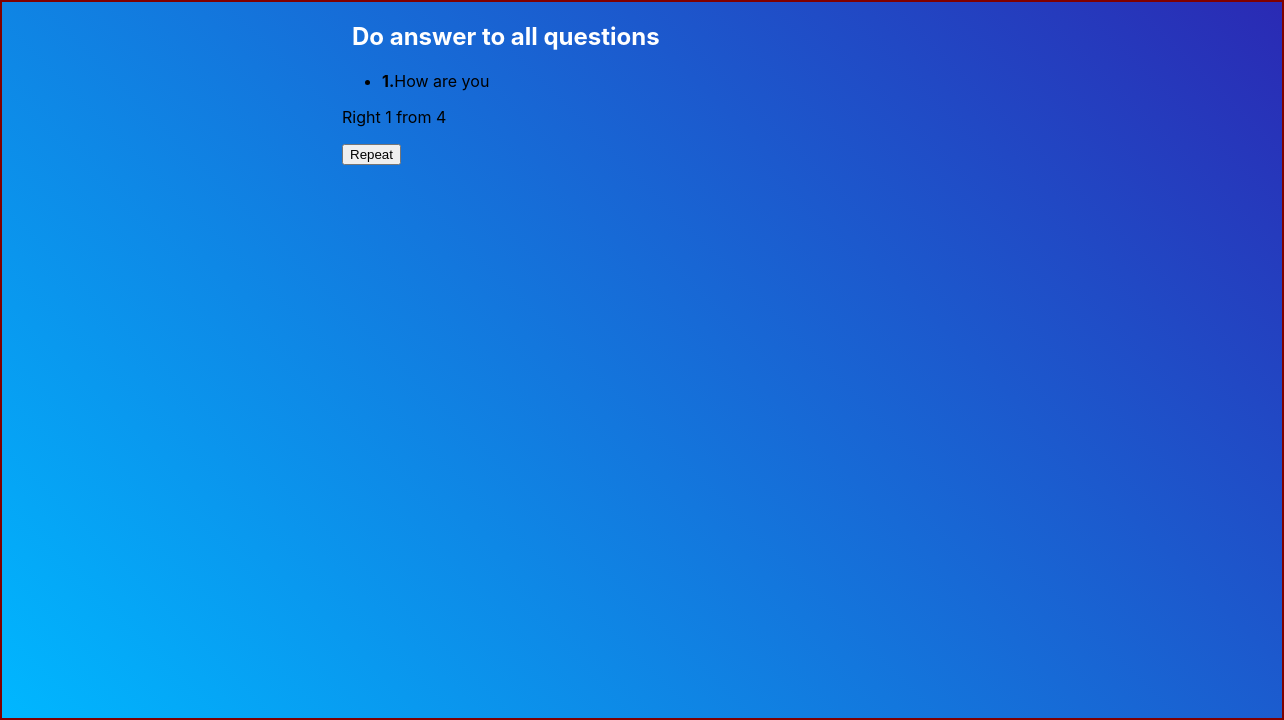
Repository: GregorPiev/react-quizes
Page: /
These files come from the project's save history. The page is drawn as it stood at one moment and after the next save; the edit follows.
The browser window is 1280 px wide. The page is 1284 px wide, so the pictures cover 1284 px, including what lies to the right of the window. The pictures show the whole page.
The project was rebuilt for these pictures with package versions that can differ from the ones it lists, and the page was loaded fresh each time. Also part of the build but not shown: src/components/ActiveQuiz/ActiveQuiz.module.css, src/components/ActiveQuiz/AnswersList/AnswersList.module.css, src/components/ActiveQuiz/AnswersList/AnswerItem/AnswerItem.module.css, src/components/ActiveQuiz/AnswersList/AnswerItem/AnswerItem.js, src/components/ActiveQuiz/AnswersList/AnswersList.js, src/components/ActiveQuiz/ActiveQuiz.js.

Above is the page before, as saved 2020-06-29 13:00:24.

### src/App.js
import React from 'react';
import Layout from './hoc/Layout/Layout';
import Quiz from './container/Quiz/Quiz';

function App() {
  return (
    <Layout>
      <Quiz />
    </Layout>
  );
}

export default App;

### src/hoc/Layout/Layout.js
import React from 'react';
import classes from './Layout.module.css'

export default class Layout extends React.Component {
    render() {
        return (
            <div className={classes.Layout}>
                <main>
                    {this.props.children}
                </main>
            </div>
        )
    }
}

### src/container/Quiz/Quiz.js
import React from 'react';
import classes from './Quiz.module.css';
import ActiveQuiz from '../../components/ActiveQuiz/ActiveQuiz';
import FinishQuiz from '../../components/FinishQuiz/FinishQuiz';

export default class Quiz extends React.Component {
    state = {
        isFinished: true,
        activeQuestion: 0,
        answerState: null,
        qiuz: [
            {
                id: 1,
                question: 'What color is the sky',
                rightAnswerId: 2,
                answers: [
                    { text: 'Black', id: 1 },
                    { text: 'Blue', id: 2 },
                    { text: 'Red', id: 3 },
                    { text: 'Green', id: 4 },
                ]
            },
            {
                id: 2,
                question: 'What color is the sea',
                rightAnswerId: 2,
                answers: [
                    { text: 'Black', id: 1 },
                    { text: 'Blue', id: 2 },
                    { text: 'Red', id: 3 },
                    { text: 'Green', id: 4 },
                ]
            },
            {
                id: 3,
                question: 'What color is grass',
                rightAnswerId: 4,
                answers: [
                    { text: 'Black', id: 1 },
                    { text: 'Blue', id: 2 },
                    { text: 'Red', id: 3 },
                    { text: 'Green', id: 4 },
                ]
            },
            {
                id: 4,
                question: 'What color is oil',
                rightAnswerId: 1,
                answers: [
                    { text: 'Black', id: 1 },
                    { text: 'Blue', id: 2 },
                    { text: 'Red', id: 3 },
                    { text: 'Green', id: 4 },
                ]
            }
        ]
    }
    onAnswerClickHandler = answerId => {
        if (this.state.answerState) {
            const key = Object.keys(this.state.answerState)[0];
            if (this.state.answerState[key] === 'success') {
                return;
            }
        }


        if (this.state.qiuz[this.state.activeQuestion].rightAnswerId === answerId) {
            this.setState({
                answerState: { [answerId]: 'success' }
            })
            const timeout = setTimeout(() => {
                if (this.isQuizFinish()) {
                    this.setState({
                        activeQuestion: 0,
                        answerState: null,
                        isFinished: true
                    })
                } else {
                    this.setState({
                        activeQuestion: this.state.activeQuestion + 1,
                        answerState: null
                    })
                }
                clearTimeout(timeout);
            }, 1000)
        } else {
            this.setState({
                answerState: { [answerId]: 'error' }
            })
            console.log('answerState: ', this.state.answerState)
        }

    }

    isQuizFinish() {
        return (this.state.activeQuestion + 1) === this.state.qiuz.length;
    }
    render() {
        return (
            <div className={classes.Quiz}>
                <div className={classes.QuizWrapper}>
                    <h2>Do answer to all questions</h2>
                    {
                        this.state.isFinished
                            ? <FinishQuiz />
                            : <ActiveQuiz
                                answers={this.state.qiuz[this.state.activeQuestion].answers}
                                question={this.state.qiuz[this.state.activeQuestion].question}
                                quizLength={this.state.qiuz.length}
                                answerNumber={this.state.activeQuestion + 1}
                                state={this.state.answerState}
                                onAnswerClick={this.onAnswerClickHandler}
                            />
                    }

                </div>
            </div>
        )
    }
}

### src/hoc/Layout/Layout.module.css
.Layout {
  height: 100vh;
  display: flex;
  flex-direction: column;
}

.Layout main {
  display: flex;
  flex-direction: column;
  flex-grow: 1;
}

### src/container/Quiz/Quiz.module.css
.Quiz {
  display: flex;
  justify-content: center;
  flex-grow: 1;
  border: solid 2px maroon;
  width: 100%;
  background: linear-gradient(
    45deg,
    rgb(0, 183, 255) 0%,
    rgb(42, 42, 180) 100%
  );
}
.Quiz h2 {
  color: white;
  margin-left: 10px;
}
.QuizWrapper {
  width: 600px;
}

### src/components/FinishQuiz/FinishQuiz.js
import React from 'react';
import classes from './FinishQuiz.module.css';

const FinishQuiz = props => {
    return (
        <div className={classes.FinishQuiz}>
            <ul>
                <li>
                    <strong>1.</strong>
                    <i className={classes.FinishQuiz} />
                    How are you

                </li>
            </ul>

            <p>Right 1 from 4</p>

            <button>Repeat</button>
        </div>
    )
}

export default FinishQuiz;

### src/components/FinishQuiz/FinishQuiz.module.css
.FinishedQuiz {
  padding: 20px;
  color: white;
  border: 2px solid white;
  border-radius: 5px;
  box-sizing: border-box;
  margin: 0 10px;
}

.FinishedQuiz ul {
  list-style: none;
  padding: 0;
  margin: 0;
}

.FinishedQuiz ul li {
  color: white;
}

Loaded but not shown: public/index.html (common file); src/index.js (common file); src/index.css (common file); src/serviceWorker.js (common file)

After the next save:
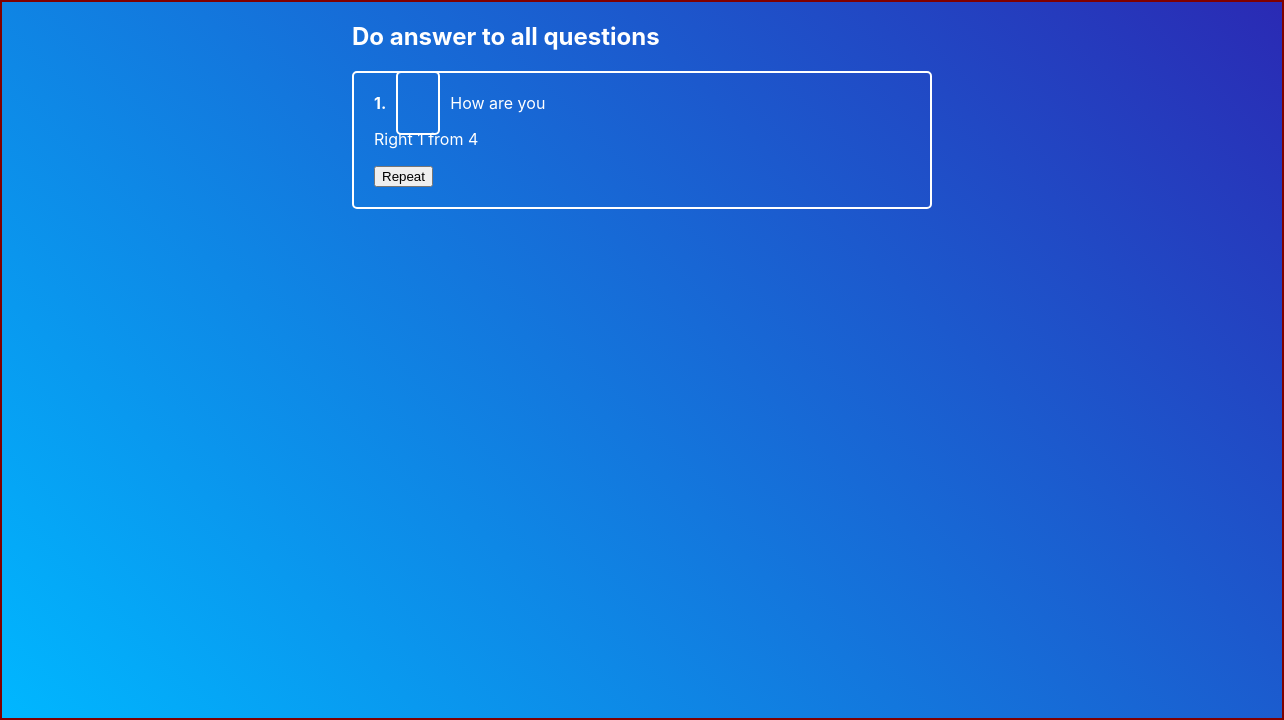
Saved 34 s later.
--- a/src/components/FinishQuiz/FinishQuiz.js
+++ b/src/components/FinishQuiz/FinishQuiz.js
@@ -3,11 +3,11 @@ import classes from './FinishQuiz.module.css';
 
 const FinishQuiz = props => {
     return (
-        <div className={classes.FinishQuiz}>
+        <div className={classes.FinishedQuiz}>
             <ul>
                 <li>
                     <strong>1.</strong>
-                    <i className={classes.FinishQuiz} />
+                    <i className={classes.FinishedQuiz} />
                     How are you
 
                 </li>
